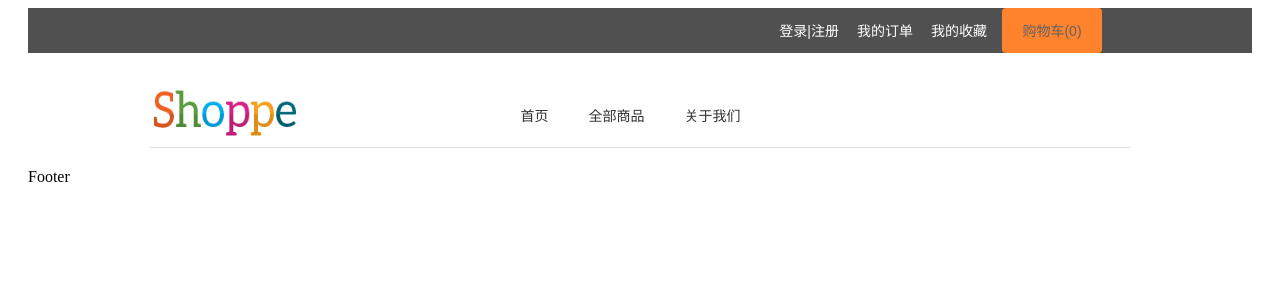
Repository: zhenghaochang/---
Page: / (app in xiaomi/)
An editor plug-in stored every save of this project. The page is shown before and after a run of saves, followed by the edit.
The browser window is 1280 px wide. The pictures show the whole page.
The project was rebuilt for these pictures with package versions that can differ from the ones it lists, and the page was loaded fresh each time. Also part of the build but not shown: xiaomi/vite.config.js.

Above is the page before, as saved 2025-07-31 10:22:47.

After the next 2 saves:
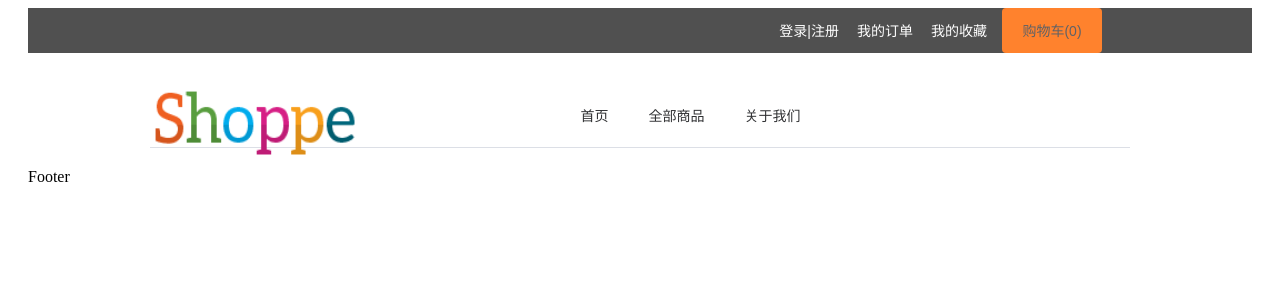
The 2 saves are shown as one change because they came seconds apart.
The last was saved 25 s later.
--- a/xiaomi/src/components/main.vue
+++ b/xiaomi/src/components/main.vue
@@ -17,7 +17,7 @@
 
             </div>
                 <div>
-                    <img style="width:150px;height:50px;margin-right:200px" :src="logo" alt="">
+                    <img style="width:210px;height:70px;margin-right:200px" :src="logo" alt="">
                 </div>
                 <el-menu-item index="1">首页</el-menu-item>
                 <el-menu-item index="2">全部商品</el-menu-item>

After the 2 saves that followed:
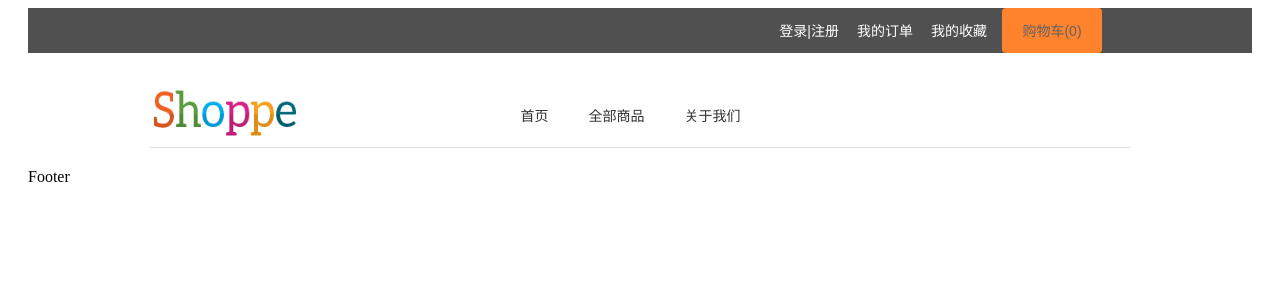
The 2 saves are shown as one change because they came seconds apart.
The last was saved 11 s later.
--- a/xiaomi/src/components/main.vue
+++ b/xiaomi/src/components/main.vue
@@ -17,7 +17,7 @@
 
             </div>
                 <div>
-                    <img style="width:210px;height:70px;margin-right:200px" :src="logo" alt="">
+                    <img style="width:150px;height:50px;margin-right:200px" :src="logo" alt="">
                 </div>
                 <el-menu-item index="1">首页</el-menu-item>
                 <el-menu-item index="2">全部商品</el-menu-item>
